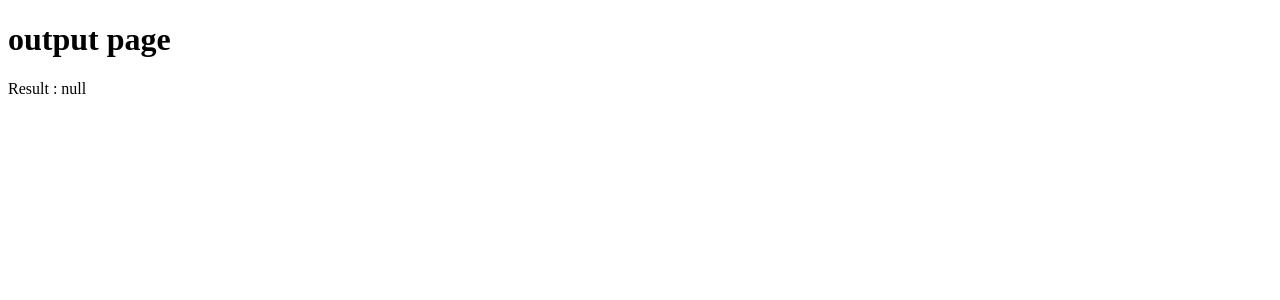
Repository: santhoshnaik/JavaPrajects
Page: http://localhost/SecondWeb/output.jsp
The author's editor kept a copy of each file at every save. The page is drawn from the files as they stood at one save, then again after the next save.
The browser window is 1280 px wide. The pictures show the whole page.
The page is served by Tomcat 9. Other server files are loaded and not shown.

Above is the page before, as saved 2018-04-16 12:04:24.

### SecondWeb/src/main/webapp/output.jsp
<%@ page language="java" contentType="text/html; charset=ISO-8859-1"
    pageEncoding="ISO-8859-1"%>
<!DOCTYPE html PUBLIC "-//W3C//DTD HTML 4.01 Transitional//EN" "http://www.w3.org/TR/html4/loose.dtd">
<html>
<head>
<meta http-equiv="Content-Type" content="text/html; charset=ISO-8859-1">
<title>Welcome to Spring</title>
</head>
<body>
<h1>output page</h1>

Result : <%=request.getAttribute("result") %>
</body>
</html>

After the next save:
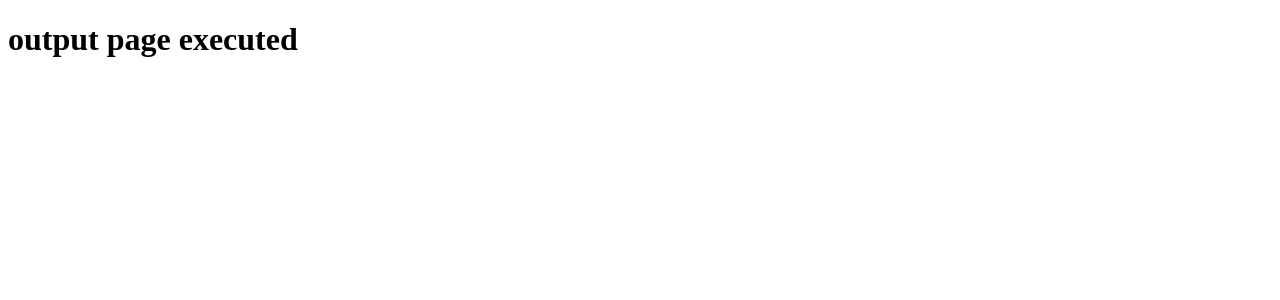
Saved 93 s later.
--- a/SecondWeb/src/main/webapp/output.jsp
+++ b/SecondWeb/src/main/webapp/output.jsp
@@ -7,8 +7,7 @@
 <title>Welcome to Spring</title>
 </head>
 <body>
-<h1>output page</h1>
+<h1>output page executed</h1>
 
-Result : <%=request.getAttribute("result") %>
 </body>
 </html>
